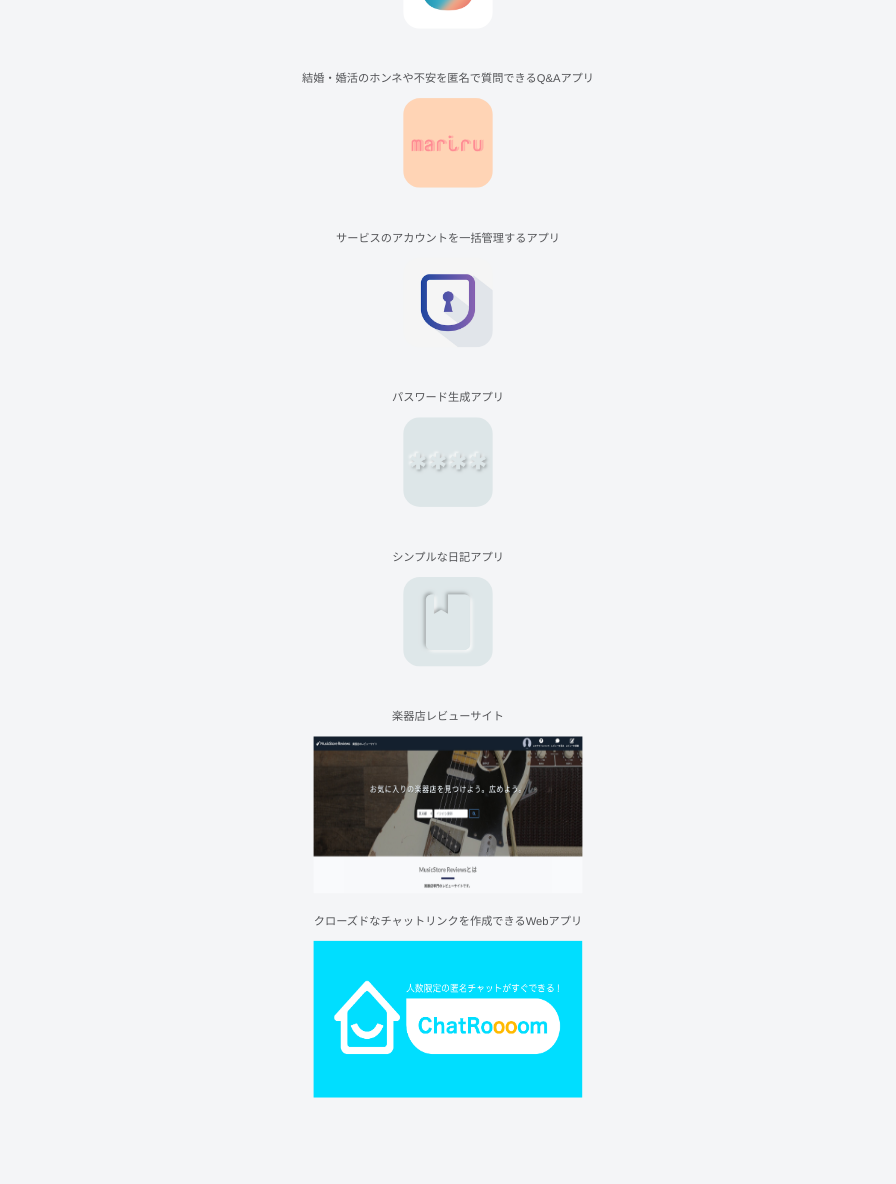
Repository: nosuke0926/my-portfolio
Page: /works
The author's editor kept a copy of each file at every save. The page is drawn from the files as they stood at one save, then again after the next save.
The browser window is 1280 px wide. The pictures show the part of the page from y = 1433 to 3353 px (the page is 3125 px tall before and 3353 px after), at 70% of full size.
The project was rebuilt for these pictures with package versions that can differ from the ones it lists, and the page was loaded fresh each time. The framework's server and built-in components were replaced by stand-ins that run in the browser. Also part of the build but not shown: next.config.js.

Above is the page before, as saved 2022-07-30 21:56:38.

### pages/_app.tsx
import React from 'react'
import { AppProps } from 'next/app'
import NavTabs from '../components/Tab'
import styles from '../components/layout.module.css'
import utilStyles from '../styles/utils.module.css'
import '../styles/styles.scss'

const App = ({ Component, pageProps }: AppProps) => (
  <div className={utilStyles.backgroundColor}>
    <header className={styles.header}>
      <NavTabs />
    </header>
    <Component {...pageProps} />
  </div>
)

export default App

### pages/works.tsx
import Layout from '../components/Layout'
import utilStyles from '../styles/utils.module.css'
import styles from '../components/layout.module.css'
import TransitionsModal from '../components/modal'

const WorksView = (props: any) => (
  <Layout>
    <div className={styles.header}>
      <p>世の中を少しだけ面白く、便利にするサービスを開発しています。</p>
      <section className={utilStyles.headingMd}>
        <p>
          <TransitionsModal
            src="/images/products/subsc.png"
            alt="アプリ（さぶすく）"
            description="サブスクリプションを賢く管理するアプリ"
            appTitle="さぶすく"
            useTechnology={['Flutter', 'Firebase', 'RevenueCat']}
            appDescription="サービスの無料期間終了前にプッシュ通知でお知らせします。毎月・毎年のサブスクリプションサービスにいくらお金を使っているのかもグラフで可視化します。"
            iosUrl="https://apps.apple.com/jp/app/id1506451600?mt=8"
            productHuntUrl="https://www.producthunt.com/posts/subsc?utm_source=badge-featured&utm_medium=badge&utm_souce=badge-subsc"
            productHuntPostId="349809"
            androidUrl="https://play.google.com/store/apps/details?id=com.nosuke.subscriptionManagement&pcampaignid=pcampaignidMKT-Other-global-all-co-prtnr-py-PartBadge-Mar2515-1"
            type="native"
          />
        </p>
        <p>
          <TransitionsModal
            src="/images/products/rapid.png"
            alt="アプリ（爆速Todoメモ）"
            description="起動して2秒でメモできるアプリ"
            appTitle="爆速Todoメモ"
            useTechnology={['Flutter', 'SQLite']}
            appDescription="アプリを起動すると同時にキーボードが開きます。また記入と閲覧が同時にできるよう一画面を分割した新しいメモアプリです。"
            iosUrl="https://apps.apple.com/jp/app/id1511398926?mt=8"
            androidUrl="https://play.google.com/store/apps/details?id=com.nosuke.rapid&pcampaignid=pcampaignidMKT-Other-global-all-co-prtnr-py-PartBadge-Mar2515-1"
            type="native"
          />
        </p>
        <p>
          <TransitionsModal
            src="/images/products/yomoo.png"
            alt="アプリ（Yomoo）"
            description="ニューモフィズムな読書管理アプリ"
            appTitle="Yomoo"
            useTechnology={['Flutter', 'SQLite', 'RevenueCat']}
            appDescription="2020年~のUIデザインのトレンドであるNeumorphismを取り入れた読書管理アプリです。楽天ブックスAPI、openBDと連携してバーコード読み取りからの書籍登録が可能です。"
            iosUrl="https://apps.apple.com/jp/app/id1516860157?mt=8"
            androidUrl="https://play.google.com/store/apps/details?id=com.nosuke.yomoo&pcampaignid=pcampaignidMKT-Other-global-all-co-prtnr-py-PartBadge-Mar2515-1"
            type="native"
          />
        </p>
        <p>
          <TransitionsModal
            src="/images/products/oshiPay.png"
            alt="アプリ（推しPay）"
            description="推しへの愛を管理&シェアするアプリ"
            appTitle="推しPay"
            useTechnology={['Flutter', 'Firebase', 'RevenueCat']}
            appDescription="「推し」にいくらお金を使っているのかを記録&SNSにシェアできるアプリです。"
            iosUrl="https://apps.apple.com/jp/app/id1523768983?mt=8"
            androidUrl="https://play.google.com/store/apps/details?id=com.nosuke.oshi_pay&pcampaignid=pcampaignidMKT-Other-global-all-co-prtnr-py-PartBadge-Mar2515-1"
            type="native"
          />
        </p>
        <p>
          <TransitionsModal
            src="/images/products/tubenote.png"
            alt="アプリ（TubeNote）"
            description="YouTubeを見ながらメモできるアプリ"
            appTitle="TubeNote"
            useTechnology={['Flutter', 'Firebase', 'RevenueCat', 'Algolia']}
            appDescription="YouTubeを見ながらリアルタイムにメモできるアプリです。メモは動画のURLとともにSNSにシェアできます。現在日本語・英語・韓国語に対応しています。"
            iosUrl="https://apps.apple.com/jp/app/id1535634801?mt=8"
            productHuntUrl="https://www.producthunt.com/posts/tubenote?utm_source=badge-featured&utm_medium=badge&utm_souce=badge-tubenote"
            productHuntPostId="279810"
            androidUrl="https://play.google.com/store/apps/details?id=com.nosuke.movieMemo&pcampaignid=pcampaignidMKT-Other-global-all-co-prtnr-py-PartBadge-Mar2515-1"
            type="native"
          />
        </p>
        <p>
          <TransitionsModal
            src="/images/products/migru.png"
            alt="アプリ（ミグル）"
            description="簡単に頭痛を記録するアプリ"
            appTitle="ミグル"
            useTechnology={['Flutter', 'Firebase', 'RevenueCat']}
            appDescription="頭痛の記録・振り返りに特化したシンプルなアプリです。"
            iosUrl="https://apps.apple.com/jp/app/id1564686045?mt=8"
            androidUrl="https://play.google.com/store/apps/details?id=com.nosuke.migraine&pcampaignid=pcampaignidMKT-Other-global-all-co-prtnr-py-PartBadge-Mar2515-1"
            type="native"
          />
        </p>
        <p>
          <TransitionsModal
            src="/images/products/mariru.png"
            alt="アプリ（マリル）"
            description="結婚・婚活のホンネや不安を匿名で質問できるQ&Aアプリ"
            appTitle="マリル"
            useTechnology={['Flutter', 'Firebase']}
            appDescription="結婚・婚活のホンネや不安を匿名で質問できるQ&Aアプリです。"
            iosUrl="https://apps.apple.com/jp/app/id1578903905?mt=8"
            androidUrl="https://play.google.com/store/apps/details?id=com.nosuke.marry_talk&pcampaignid=pcampaignidMKT-Other-global-all-co-prtnr-py-PartBadge-Mar2515-1"
            type="native"
          />
        </p>
        <p>
          <TransitionsModal
            src="/images/products/accounts.png"
            alt="アカウントフォルダ"
            description="サービスのアカウントを一括管理するアプリ"
            appTitle="アカウントフォルダ"
            useTechnology={['Flutter', 'Hive']}
            appDescription="サービスのアカウント・パスワードを一括管理するアプリです。データは暗号化・端末に保存されるためセキュリティも安心です。"
            iosUrl="https://apps.apple.com/jp/app/id1606877526?mt=8"
            androidUrl="https://play.google.com/store/apps/details?id=com.nosuke.account_holder&pcampaignid=pcampaignidMKT-Other-global-all-co-prtnr-py-PartBadge-Mar2515-1"
            type="native"
          />
        </p>
        <p>
          <TransitionsModal
            src="/images/products/password_generator.png"
            alt="パスワード生成"
            description="パスワード生成アプリ"
            appTitle="パスワード生成"
            useTechnology={['Flutter']}
            appDescription="パスワードを生成することに特化したシンプルなアプリです"
            iosUrl="https://apps.apple.com/jp/app/id1635128935?mt=8"
            androidUrl="https://play.google.com/store/apps/details?id=com.nosuke.password_generator&pcampaignid=pcampaignidMKT-Other-global-all-co-prtnr-py-PartBadge-Mar2515-1"
            type="native"
          />
        </p>
        <p>
          <TransitionsModal
            src="/images/products/diary.png"
            alt="超シンプル日記"
            description="シンプルな日記アプリ"
            appTitle="超シンプル日記"
            useTechnology={['Flutter']}
            appDescription="日記に必要な「書く」と「読む」ことに特化したシンプルなアプリです"
            iosUrl="https://apps.apple.com/jp/app/id1635770040?mt=8"
            androidUrl="https://play.google.com/store/apps/details?id=com.nosuke.diary&pcampaignid=pcampaignidMKT-Other-global-all-co-prtnr-py-PartBadge-Mar2515-1"
            type="native"
          />
        </p>
        <p>
          <TransitionsModal
            src="/images/products/music-store-reviews/cover.jpeg"
            alt="Webアプリ（MusicStore Reviews）"
            description="楽器店レビューサイト"
            appTitle="MusicStore Reviews"
            useTechnology={['Laravel', 'Vue.js', 'Python']}
            appDescription="日本初の楽器店レビューサイト。楽器店のデータはWebスクレイピングで取得しました。一部Vue.jsを使用しています。"
            webUrl="https://musicstore-reviews.com/"
            type="web"
          />
        </p>
        <p>
          <TransitionsModal
            src="/images/products/chatroooom/chatroooom.png"
            alt="Webアプリ（ChatRoooom）"
            description="クローズドなチャットリンクを作成できるWebアプリ"
            appTitle="ChatRoooom"
            useTechnology={['Vue.js', 'Nuxt.js', 'Firebase']}
            appDescription="ChatRoooomは簡単に人数限定のチャットルームを作成できるサービスです。チャット内容は24時間後に削除されるので、プライバシーも安心です。"
            webUrl="https://chatroooom.net/"
            type="web"
          />
        </p>
      </section>
    </div>
  </Layout>
)

export default WorksView

### components/Tab.tsx
import Link from 'next/link'
import React from 'react'
import { makeStyles, Theme } from '@material-ui/core/styles'
import AppBar from '@material-ui/core/AppBar'
import Tabs from '@material-ui/core/Tabs'
import Tab from '@material-ui/core/Tab'
// import Typography from '@material-ui/core/Typography'
// import Box from '@material-ui/core/Box'

// interface TabPanelProps {
//   children?: React.ReactNode
//   index: any
//   value: any
// }

// function TabPanel(props: TabPanelProps) {
//   const { children, value, index, ...other } = props

//   return (
//     <div
//       role="tabpanel"
//       hidden={value !== index}
//       id={`nav-tabpanel-${index}`}
//       aria-labelledby={`nav-tab-${index}`}
//       {...other}
//     >
//       {value === index && (
//         <Box p={3}>
//           <Typography>{children}</Typography>
//         </Box>
//       )}
//     </div>
//   )
// }

function a11yProps(index: any) {
  return {
    id: `nav-tab-${index}`,
    'aria-controls': `nav-tabpanel-${index}`,
  }
}

interface LinkTabProps {
  label?: string
  href?: string
}

function LinkTab(props: LinkTabProps) {
  return (
    <Tab
      component="a"
      onClick={(event: React.MouseEvent<HTMLAnchorElement, MouseEvent>) => {
        event.preventDefault()
      }}
      {...props}
    />
  )
}

const useStyles = makeStyles((theme: Theme) => ({
  root: {
    flexGrow: 1,
    backgroundColor: theme.palette.background.paper,
  },
}))

export default function NavTabs() {
  const classes = useStyles()
  const [value, setValue] = React.useState(0)

  const handleChange = (event: React.ChangeEvent<{}>, newValue: number) => {
    setValue(newValue)
  }

  return (
    <div className={classes.root}>
      <AppBar position="static" color="default">
        <Tabs
          TabIndicatorProps={{ style: { background: 'transparent' } }}
          textColor="primary"
          variant="fullWidth"
          value={value}
          onChange={handleChange}
          aria-label="nav tabs example"
        >
          <Link href="/">
            <LinkTab label="Home" href="/" {...a11yProps(0)} />
          </Link>
          <Link href="/works">
            <LinkTab label="Works" href="/works" {...a11yProps(1)} />
          </Link>
          <Link href="/contact">
            <LinkTab label="Contact" href="/contact" {...a11yProps(2)} />
          </Link>
        </Tabs>
      </AppBar>
      {/* <TabPanel value={value} index={0}>
        Page One
      </TabPanel>
      <TabPanel value={value} index={1}>
        Page Two
      </TabPanel>
      <TabPanel value={value} index={2}>
        Page Three
      </TabPanel> */}
    </div>
  )
}

### components/layout.module.css
.container {
  max-width: 36rem;
  padding: 0 1rem;
  margin: 3rem auto 6rem;
}

.header {
  display: flex;
  flex-direction: column;
  align-items: center;
}

.headerImage {
  width: 6rem;
  height: 6rem;
}

.headerHomeImage {
  width: 8rem;
  height: 8rem;
}

.appIconImage {
  margin: 1rem;
  width: 8rem;
  height: 8rem;
  margin: auto;
  transition: transform 0.5s;
  margin-bottom: 2rem;
}
.appIconImage:hover {
  transform: scale(1.2);
}

.webApplicationImage {
  width: 24rem;
  height: 14rem;
  align-items: center;
  transition: transform 0.5s;
}
.webApplicationImage:hover {
  transform: scale(1.1);
}

.backToHome {
  margin: 3rem 0 0;
}

.socialIcon {
  color: rgb(168, 171, 176);
  margin: 0 2rem;
  font-size: 2rem;
}

.socialIcon:hover {
  color: rgb(83, 84, 87);
}

.appDescriptionText {
  color: rgb(83, 84, 87);
  font-size: 1rem;
  text-align: center;
}

.iosButton {
  display: inline-block;
  overflow: hidden;
  background: url(https://tools.applemediaservices.com/api/badges/download-on-the-app-store/black/en-us?)
    no-repeat;
  width: 120px;
  height: 40px;
}

.androidButton {
  width: 155px;
  margin-top: 0.4rem;
}

.productHuntButton {
  /* width: 250px;
  height: 54px; */
  width: 160px;
  margin: 0.1rem;
}

.appButtonAlign {
  display: flex;
  flex-direction: row;
  align-items: center;
  flex-wrap: wrap;
}

### styles/utils.module.css
.heading2Xl {
  font-size: 1.5rem;
  line-height: 1.2;
  font-weight: 800;
  letter-spacing: -0.05rem;
  margin: 1rem 0;
}

.headingXl {
  font-size: 2rem;
  line-height: 1.3;
  font-weight: 800;
  letter-spacing: -0.05rem;
  margin: 1rem 0;
}

.headingLg {
  font-size: 1.5rem;
  line-height: 1.4;
  margin: 1rem 0;
}

.headingMd {
  font-size: 1.2rem;
  line-height: 1.5;
}

.borderCircle {
  border-radius: 9999px;
}

.borderAppIcon {
  border-radius: 1.5rem;
}

.colorInherit {
  color: inherit;
}

.padding1px {
  padding-top: 1px;
}

.list {
  list-style: none;
  padding: 0;
  margin: 0;
}

.listItem {
  margin: 0 0 1.25rem;
}

.center {
  text-align: center;
}

### styles/styles.scss
@import '~normalize.css';
body {
  background-color: #f4f5f7;
  color: rgb(83, 84, 87);
  font-family: 'Helvetica Neue', Arial, 'Hiragino Kaku Gothic ProN',
    'Hiragino Sans', Meiryo, sans-serif;
}

### components/Layout.tsx
import Head from 'next/head'
import styles from './layout.module.css'
// import utilStyles from '../styles/utils.module.css'
// import Link from 'next/link'

export const siteTitle = 'のすけのポートフォリオサイト'

export default function Layout({ children }: any) {
  const trackingId: string = process.env.ga_tracking_id!
  const description: string =
    'Webエンジニアとして活動している、Nagese Ryunosukeのポートフォリオサイトです。'
  const url: string = 'https://nosuke-portfolio.web.app/'
  const image = 'https://nosuke-portfolio.web.app/images/portfolio_ogp.png'
  return (
    <div className={styles.container}>
      <Head>
        <script
          async
          src={`https://www.googletagmanager.com/gtag/js?id=${trackingId}`}
        ></script>
        <script
          dangerouslySetInnerHTML={{
            __html: `(function(){ window.dataLayer = window.dataLayer || [];function gtag(){dataLayer.push(arguments);}gtag('js', new Date());gtag('config', '${trackingId}');})`,
          }}
        />
        <title>のすけのポートフォリオ</title>
        <meta name="description" content={description} />

        <meta property="og:title" content={siteTitle} />
        <meta property="og:description" content={description} />
        <meta property="og:type" content="blog" />
        <meta property="og:url" content={url} />
        <meta property="og:image" content={image} />
        <meta property="og:site_name" content={siteTitle} />
        <meta property="twitter:card" content="summary_large_image" />
        <meta property="twitter:site" content="@nosuke926" />
        <meta property="twitter:url" content={url} />
        <meta property="twitter:title" content={siteTitle} />
        <meta property="twitter:description" content={description} />
        <meta property="twitter:image" content={image} />
        {/* <link rel="canonical" href={url} /> */}
        {/* <link rel="apple-touch-icon" href={image} /> */}
        <meta
          name="google-site-verification"
          content="7LNV_CLMRiHwoVKdUbRlCdyJ0TIhYsWJh2PT3cJEO9w"
        />
      </Head>

      <main>{children}</main>
    </div>
  )
}

### components/modal.tsx
import React from 'react'
import { makeStyles, Theme, createStyles } from '@material-ui/core/styles'
import Modal from '@material-ui/core/Modal'
import Backdrop from '@material-ui/core/Backdrop'
import Fade from '@material-ui/core/Fade'
import utilStyles from '../styles/utils.module.css'
import styles from './layout.module.css'

const useStyles = makeStyles((theme: Theme) =>
  createStyles({
    modal: {
      display: 'flex',
      alignItems: 'center',
      justifyContent: 'center',
    },
    paper: {
      backgroundColor: theme.palette.background.paper,
      //   border: '2px solid #000',
      boxShadow: theme.shadows[5],
      padding: theme.spacing(2, 4, 3),
      outline: 0,
    },
  }),
)

export default function TransitionsModal(props: any) {
  const classes = useStyles()
  const [open, setOpen] = React.useState(false)

  const handleOpen = () => {
    setOpen(true)
  }

  const handleClose = () => {
    setOpen(false)
  }

  return (
    <div className={`${utilStyles.center}`}>
      <p className={`${styles.appDescriptionText}`}>{props.description}</p>
      <a href="#" onClick={handleOpen}>
        <img
          src={props.src}
          className={
            props.type === 'native'
              ? `${styles.appIconImage} ${utilStyles.borderAppIcon}`
              : `${styles.webApplicationImage}`
          }
          alt={props.alt}
        />
      </a>
      <Modal
        aria-labelledby="transition-modal-title"
        aria-describedby="transition-modal-description"
        className={classes.modal}
        open={open}
        onClose={handleClose}
        closeAfterTransition
        BackdropComponent={Backdrop}
        BackdropProps={{
          timeout: 500,
        }}
      >
        <Fade in={open}>
          <div className={`${classes.paper}`}>
            <h2 id="transition-modal-title">{props.appTitle}</h2>
            <div>
              <p>使用技術</p>
              <ul>
                {props.useTechnology &&
                  props.useTechnology.map((word: string, index: string) => (
                    <li key={index}>{word}</li>
                  ))}
              </ul>
            </div>
            <p id="transition-modal-description">{props.appDescription}</p>
            <div
              className={
                props.type === 'native' ? `${styles.appButtonAlign}` : ''
              }
            >
              {props.iosUrl && (
                <a
                  className={`${styles.iosButton}`}
                  href={props.iosUrl}
                  target="_blank"
                ></a>
              )}
              {props.androidUrl && (
                <a href={props.androidUrl} target="_blank">
                  <img
                    alt="Google Play で手に入れよう"
                    src="https://play.google.com/intl/ja_jp/badges/static/images/badges/ja_badge_web_generic.png"
                    className={`${styles.androidButton}`}
                  />
                </a>
              )}
              {props.webUrl && (
                <a href={props.webUrl} target="_blank">
                  {props.webUrl}
                </a>
              )}
              {props.productHuntUrl && (
                <a href={props.productHuntUrl} target="_blank">
                  <img
                    src={`https://api.producthunt.com/widgets/embed-image/v1/featured.svg?post_id=${props.productHuntPostId}&theme=light`}
                    alt={`${props.alt} | Product Hunt`}
                    className={`${styles.productHuntButton}`}
                  />
                </a>
              )}
            </div>
          </div>
        </Fade>
      </Modal>
    </div>
  )
}

After the next save:
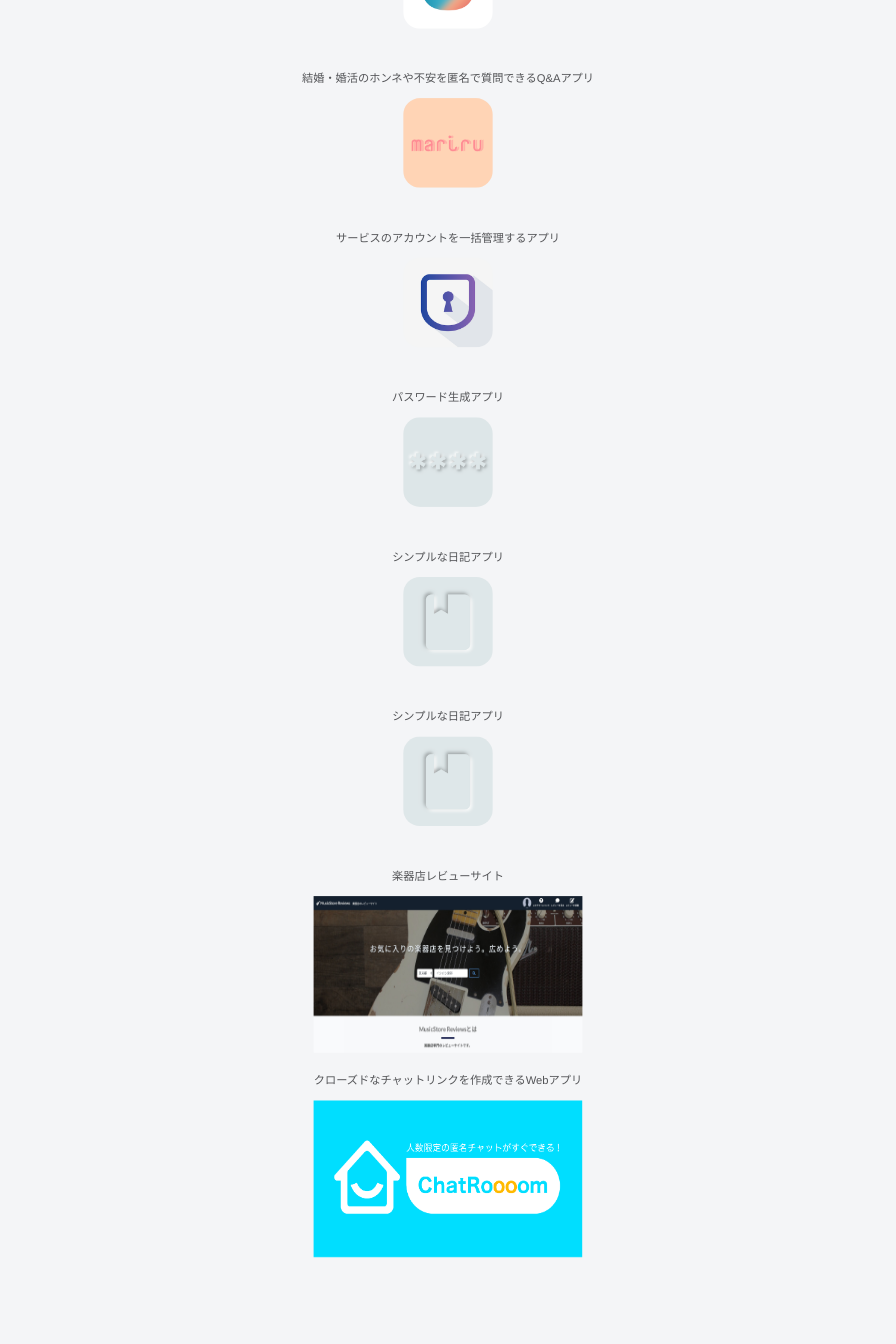
Saved 3 days later.
--- a/pages/works.tsx
+++ b/pages/works.tsx
@@ -123,7 +123,7 @@
             description="パスワード生成アプリ"
             appTitle="パスワード生成"
             useTechnology={['Flutter']}
-            appDescription="パスワードを生成することに特化したシンプルなアプリです"
+            appDescription="パスワードを生成することに特化したシンプルなアプリです。"
             iosUrl="https://apps.apple.com/jp/app/id1635128935?mt=8"
             androidUrl="https://play.google.com/store/apps/details?id=com.nosuke.password_generator&pcampaignid=pcampaignidMKT-Other-global-all-co-prtnr-py-PartBadge-Mar2515-1"
             type="native"
@@ -136,7 +136,20 @@
             description="シンプルな日記アプリ"
             appTitle="超シンプル日記"
             useTechnology={['Flutter']}
-            appDescription="日記に必要な「書く」と「読む」ことに特化したシンプルなアプリです"
+            appDescription="日記に必要な「書く」と「読む」ことに特化したシンプルなアプリです。"
+            iosUrl="https://apps.apple.com/jp/app/id1635770040?mt=8"
+            androidUrl="https://play.google.com/store/apps/details?id=com.nosuke.diary&pcampaignid=pcampaignidMKT-Other-global-all-co-prtnr-py-PartBadge-Mar2515-1"
+            type="native"
+          />
+        </p>
+        <p>
+          <TransitionsModal
+            src="/images/products/diary.png"
+            alt="超シンプル日記"
+            description="シンプルな日記アプリ"
+            appTitle="超シンプル日記"
+            useTechnology={['Flutter']}
+            appDescription="画像や写真をPDFに変換することができる、シンプルなアプリです。複数の画像をまとめて選択・PDFに変換できます。"
             iosUrl="https://apps.apple.com/jp/app/id1635770040?mt=8"
             androidUrl="https://play.google.com/store/apps/details?id=com.nosuke.diary&pcampaignid=pcampaignidMKT-Other-global-all-co-prtnr-py-PartBadge-Mar2515-1"
             type="native"
